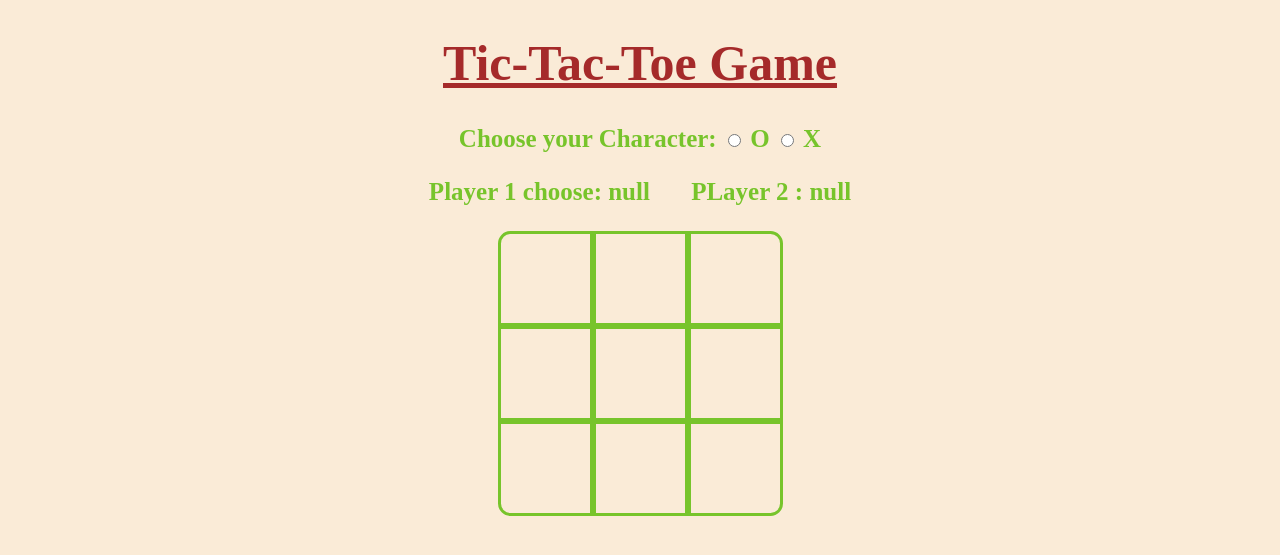
Repository: 0101chaitanya/Tic-Tac-Toe
Page: index.html
These files come from the project's save history. The page is drawn as it stood at one moment and after the next save; the edit follows.
The browser window is 1280 px wide. The pictures show the whole page.

Above is the page before, as saved 2021-06-12 12:37:00.

### index.html
<!DOCTYPE html>
<html>

<head>
    <meta charset="utf-8">
    <title>Tic-Tac-Toe Game</title>
    <meta name="viewport" content="width=device-width, initial-scale=1">

    <link rel="stylesheet" href="styles.css">
</head>

<body>
    <div id='block1'>
        <h1 id="heading">Tic-Tac-Toe Game</h1>
        <form>
            Choose your Character:
            <input value="O" name="radio" onclick="eventFun.setUser(this)" type="radio">
            <label for="O">O</label>
            <input value="X" name="radio" onclick="eventFun.setUser(this)" type="radio">
            <label for="X">X</label>

        </form>
        <div id="player">
            <span id='1'>Player 1 choose:</span>
            <span id='2'>PLayer 2 :</span>
        </div>
        <form id="gameSquare">
            <section id="row1">
                <div id="r1Column1"></div>
                <div id="rlColumn2"></div>
                <div id="rlColumn3"></div>
            </section>
            <section id="row2">
                <div id="r2Column1"></div>
                <div id="r2Column2"></div>
                <div id="r2Column3"></div>
            </section>
            <section id="row3">
                <div id="r3Column1"></div>
                <div id="r3Column2"></div>
                <div id="r3Column3"></div>
            </section>
        </form>
    </div>
    <div id="ResultBox">
        <span id="closebtn">&times;</span>
        <strong id="resultOut"></strong>
    </div>

</body>
<script type="text/javascript" src="script.js"></script>

</html>

### styles.css
:root {
    text-align: center;
    font-weight: bold;
}

* {
    box-sizing: border-box;
}

@media screen and (max-width: 400px) {
     :root {
        font-size: 14px;
    }
}

@media screen and (min-width: 401px) and (max-width: 700px) {
     :root {
        font-size: 18px;
    }
}

@media screen and (min-width: 701px) {
     :root {
        font-size: 25px;
    }
}

body {
    color: rgb(119, 196, 43);
    background: antiquewhite;
}

h1 {
    color: brown;
    text-decoration: underline;
    text-decoration-style: solid;
}

label>input {
    color: red;
    border: 1px solid;
}

#player {
    display: block;
    margin: 1rem auto 1rem auto;
}

#player>span {
    margin: auto 0.7rem auto 0.7rem;
}

#gameSquare {
    width: min-content;
    height: min-content;
    display: block;
    margin: auto;
}

#gameSquare>section:nth-child(n) {
    /* border-style: solid;
     */
    width: min-content;
    height: min-content;
    display: flex;
    justify-content: center;
    align-items: center;
}

#gameSquare>section:nth-child(n)>div:nth-child(n) {
    display: flex;
    margin: auto;
    width: 3.8rem;
    height: 3.8rem;
    border-style: solid;
    border-width: 0.15rem;
    justify-content: center;
    align-items: center;
    font-size: 1.8rem;
}

#gameSquare>section:nth-child(1)>div:nth-child(1) {
    border-top-left-radius: 0.5rem;
}

#gameSquare>section:nth-child(1)>div:nth-child(3) {
    border-top-right-radius: 0.5rem;
}

#gameSquare>section:nth-child(3)>div:nth-child(1) {
    border-bottom-left-radius: 0.5rem;
}

#gameSquare>section:nth-child(3)>div:nth-child(3) {
    border-bottom-right-radius: 0.5rem;
}

#ResultBox {
    height: fit-content;
    width: 13rem;
    display: none;
    margin-left: auto;
    margin-right: auto;
    margin-top: 3rem;
    position: relative;
    top: -12rem;
    border-color: rgb(162, 162, 192);
    background-color: rgb(15, 44, 138);
    color: white;
    opacity: 1;
    transition: opacity 0.6s;
    margin-bottom: 15px;
    border-radius: 1rem;
    padding: 1rem;
    text-align: center;
}

#resultOut {
    color: #f0e0e4;
    font-weight: bold;
}

#closebtn {
    margin-left: 15px;
    color: white;
    font-weight: bold;
    float: right;
    font-size: 22px;
    line-height: 20px;
    cursor: pointer;
    transition: 0.3s;
}

#closebtn:hover {
    color: rgb(38, 170, 82);
}

### script.js
"use strict";
let eventFun = (function() {
    let user1Selection, user2Selection, runningCharacter;
    let runningNumber = 0,
        result;

    function setUser(given) {
        localStorage.setItem("user1Selection", given.value);
        document.querySelector(`form`).submit();
    }
    user1Selection = localStorage.getItem("user1Selection");
    user2Selection =
        user1Selection != null ? (user1Selection === "X" ? "O" : "X") : null;
    runningCharacter = user1Selection;
    document.getElementById('1').textContent += ` ` + user1Selection || ' ';
    document.getElementById('2').textContent += ` ` + user2Selection || ' ';

    let array = Array.from(
        document.getElementById("gameSquare").querySelectorAll("div")
    );

    function switchRunChar() {
        runningCharacter = runningCharacter === "O" ? "X" : "O";
        runningNumber = runningNumber === 0 ? 1 : 0;
    }

    function text(i) {
        return array[i].textContent;
    }
    let newArray = Array(array.length).fill();

    function arrayCreator(index, incrementer) {
        return [
            newArray[index],
            newArray[index + incrementer],
            newArray[index + 2 * incrementer],
        ];
    }
    let count = 0;

    let horizontalArray;
    let verticalArray;
    let diagonalArray;

    function parser(arrayInput) {
        let arr = arrayInput.map((item, index) => {
            let res = item.reduce((stack, item) => {
                stack += item;
                return stack;
            });
            return res;
        });
        return arr;
    }

    function send(input) {
        let block1 = document.getElementById('block1');
        block1.style.filter = 'blur(0.5rem)';
        document.getElementById('ResultBox').style.display = 'block';
        document.getElementById('resultOut').textContent = input;
        let close = document.getElementById('closebtn');
        close.onclick = function() {
            let div = this.parentElement;
            div.style.opacity = '0';
            setTimeout(function() {
                div.style.display = "none";
                block1.style.filter = 'blur(0.0rem)';

            }, 600);
        };

    }

    function check(input) {
        input.forEach((item) => {
            if (item === 3) {
                result = item;
                send("Player 2 won");
            } else if (item === 0) {
                result = item;
                send("Player 1 won");
            }
        });
    }

    function checkWin() {
        horizontalArray = [
            arrayCreator(0, 1),
            arrayCreator(3, 1),
            arrayCreator(6, 1),
        ];
        verticalArray = [
            arrayCreator(0, 3),
            arrayCreator(1, 3),
            arrayCreator(2, 3),
        ];
        diagonalArray = [arrayCreator(0, 4), arrayCreator(2, 2)];

        let horizontalParsed = parser(horizontalArray);
        let verticalParsed = parser(verticalArray);

        let diagonalParsed = parser(diagonalArray);
        check(horizontalParsed);
        check(verticalParsed);
        check(diagonalParsed);

        if (count == 8) {
            console.table(horizontalArray, verticalArray, diagonalArray);
            console.table({
                horizontalParsed: horizontalParsed,
                verticalParsed: verticalParsed,
                diagonalParsed: diagonalParsed,
            });
            console.table(newArray);
            if (result == undefined) {
                send("draw");
            }
        }
    }

    let setOutput = function(e, index) {
        e.target.textContent = runningCharacter;
        e.target.removeEventListener("click", (e) => setOutput(e));
        newArray.splice(index, 1, runningNumber);
        switchRunChar();
        checkWin();

        count++;
    };
    array.forEach((item, index) => {
        item.textContent = "";
        item.addEventListener("click", (e) => setOutput(e, index), { once: true });
    });
    return { result, array, setOutput, setUser, count };
})();

After the next save:
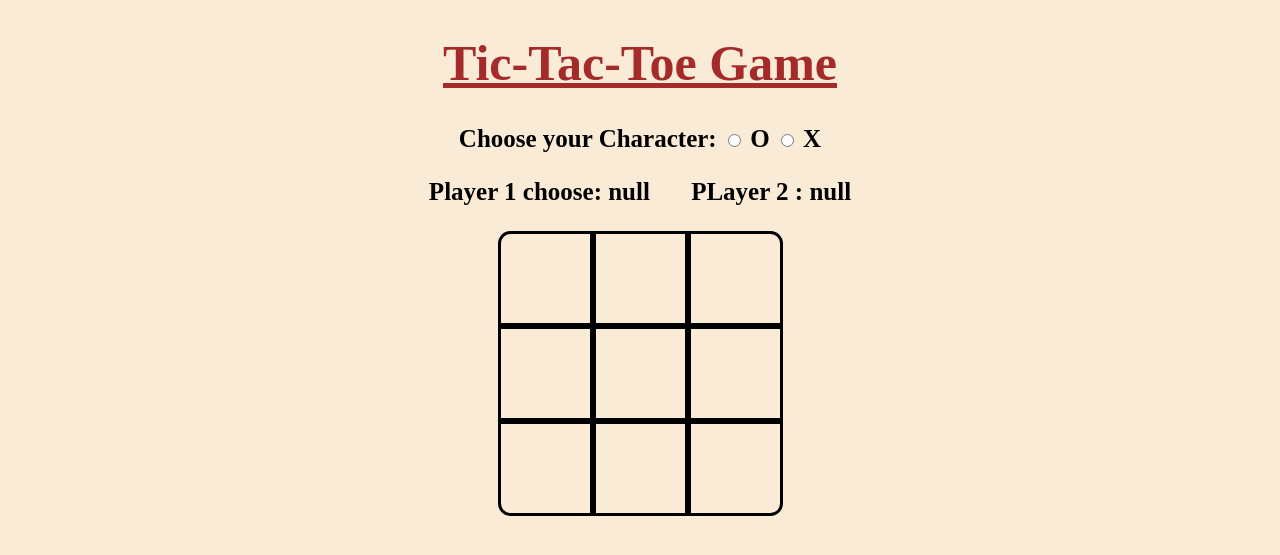
Saved 11 s later.
--- a/styles.css
+++ b/styles.css
@@ -26,7 +26,7 @@
 }
 
 body {
-    color: rgb(119, 196, 43);
+    color: rgb(69, 114, 25));
     background: antiquewhite;
 }
 

After the save that followed:
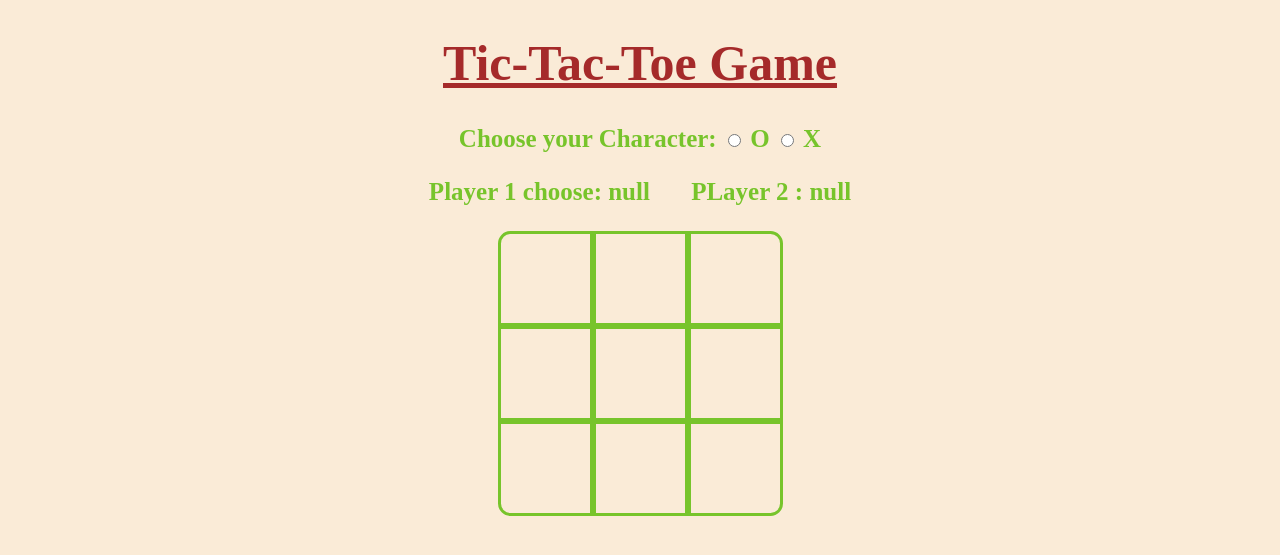
Saved 7 s later.
--- a/styles.css
+++ b/styles.css
@@ -26,7 +26,7 @@
 }
 
 body {
-    color: rgb(69, 114, 25));
+    color: rgb(119, 196, 43);
     background: antiquewhite;
 }
 
